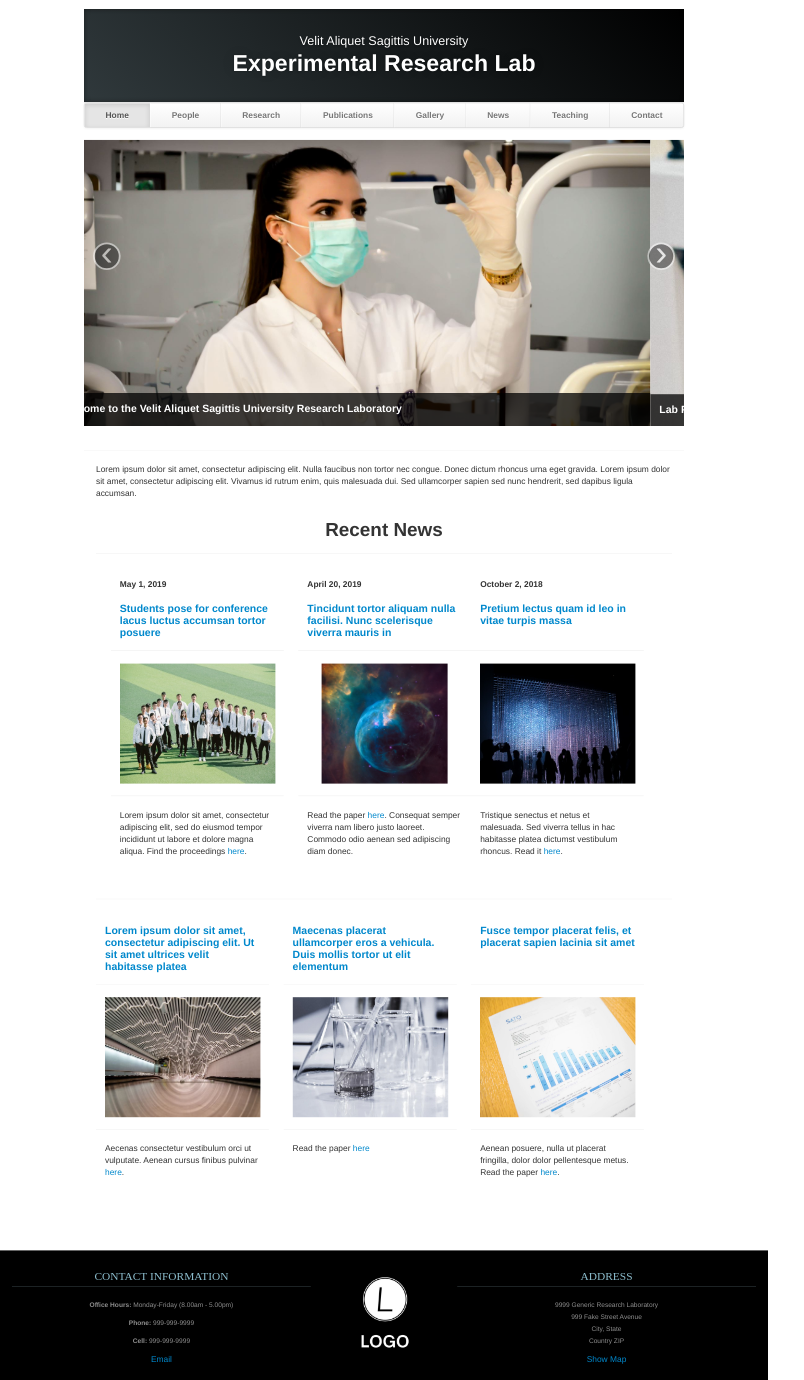
Repository: IAEUC/iaeuc.github.io
Page: index.html
These files come from the project's save history. The page is drawn as it stood at one moment and after the next save; the edit follows.
The browser window is 1280 px wide. The page is 1280 px wide, then 1340 px, so the pictures cover 1340 px, including what lies to the right of the window. The pictures show the whole page, at 60% of full size.

Above is the page before, as saved 2025-08-07 17:13:05.

After the next save:
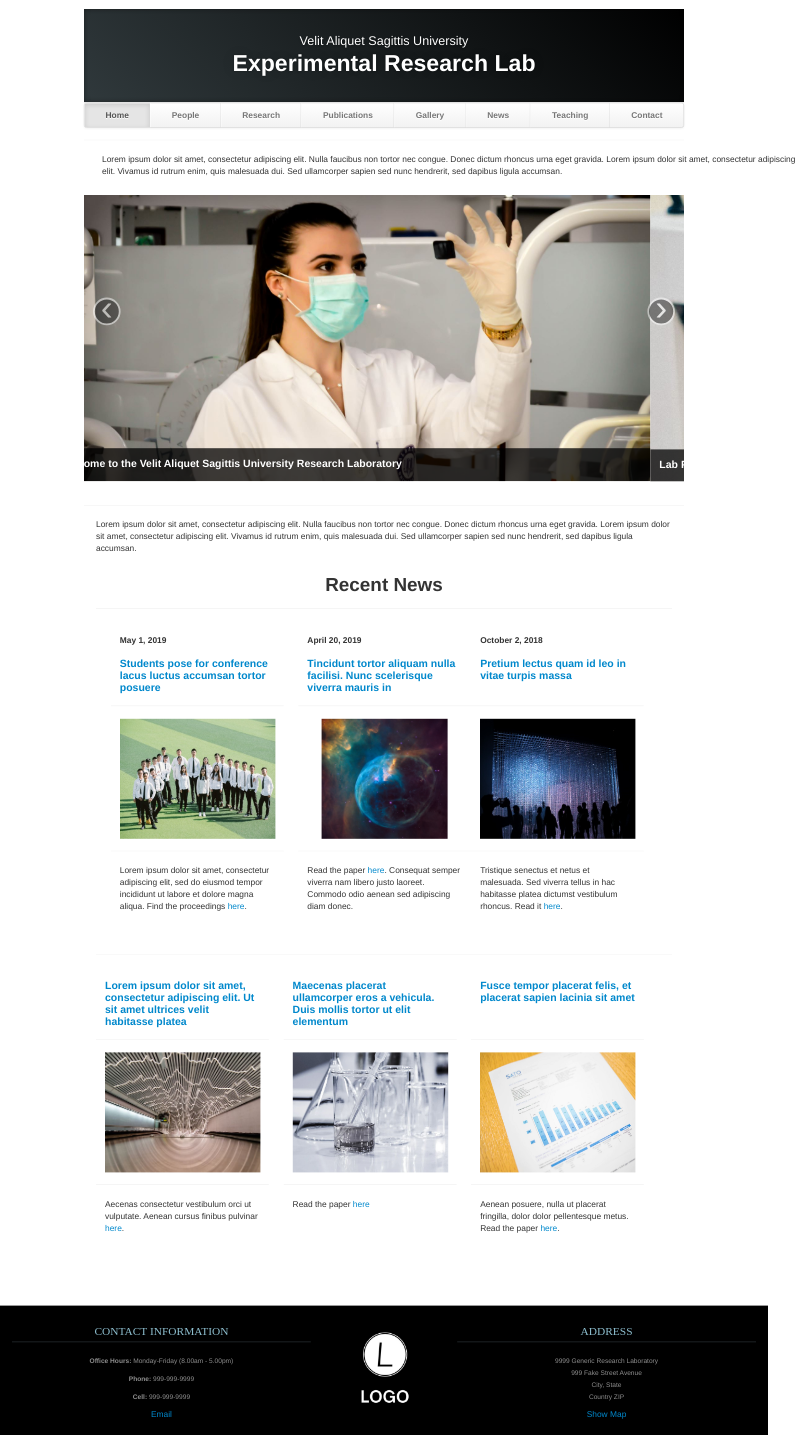
Saved 104 s later.
--- a/index.html
+++ b/index.html
@@ -35,6 +35,16 @@
                </div>
             </div>
          </div>
+         <hr>
+         <div class="span12">
+                  <p>
+                     Lorem ipsum dolor sit amet, consectetur adipiscing elit. Nulla faucibus non tortor nec congue.
+                     Donec dictum rhoncus urna eget gravida. Lorem ipsum dolor sit amet, consectetur adipiscing elit.
+                     Vivamus id rutrum enim, quis malesuada dui. Sed ullamcorper sapien sed nunc hendrerit, sed dapibus
+                     ligula accumsan.
+                  </p>
+                  <br/>
+               </div>
          <div class="row-fluid">
             <div class="span12">
                <div id="main-carousel" class="carousel slide">
